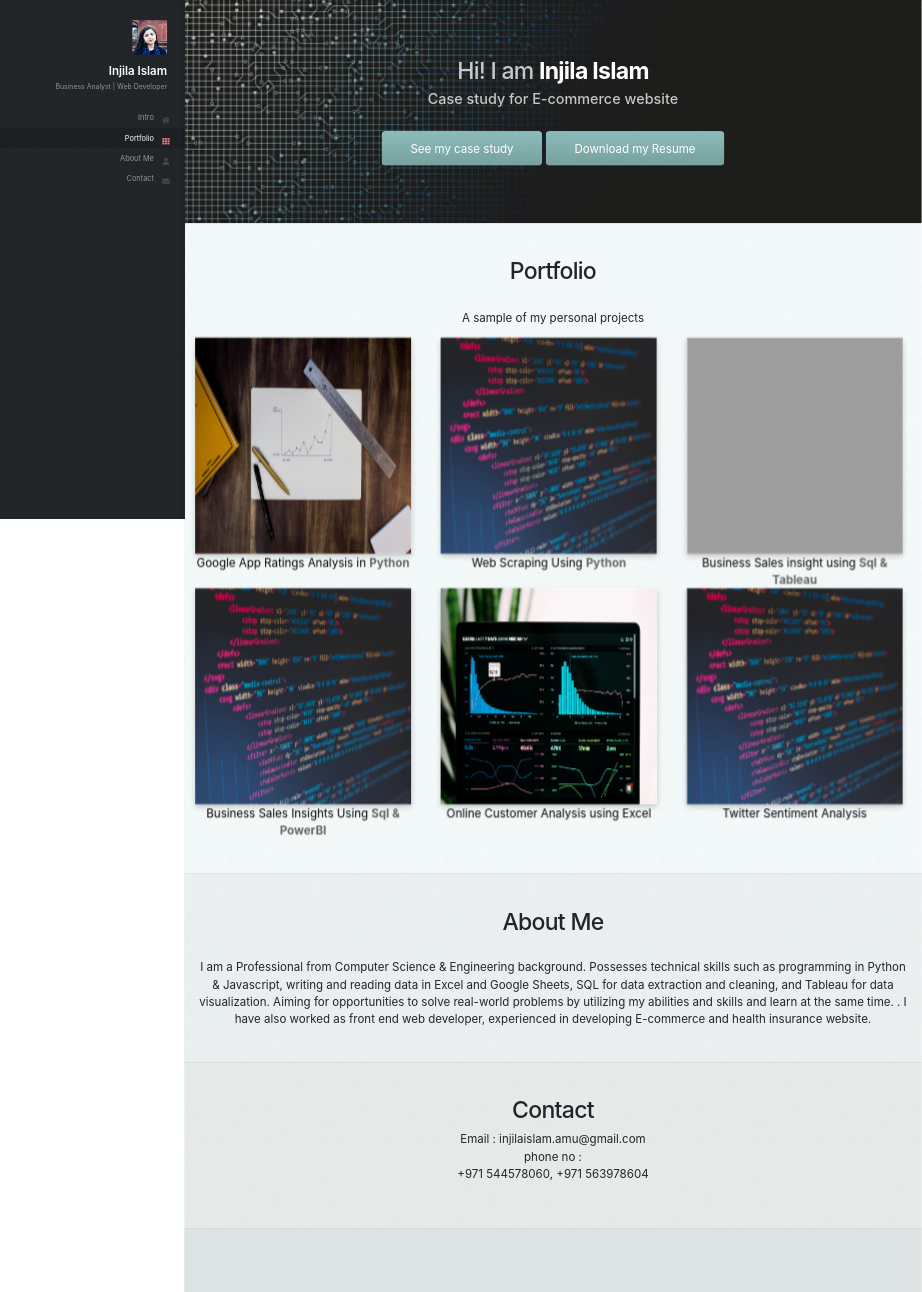
Repository: IslamInjila/new_portfolio
Page: index.html
The author's editor kept a copy of each file at every save. The page is drawn from the files as they stood at one save, then again after the next save.
The browser window is 1280 px wide. The pictures show the whole page, at 72% of full size.
Pictures or frames that could not be fetched are drawn as grey boxes. Some web libraries are served in a nearby version.

Above is the page before, as saved 2021-07-28 02:07:18.
Console error: TypeError: Cannot read properties of undefined (reading 'fn')

### index.html
<!DOCTYPE HTML>

<html>
	<head>
		<title>Prologue by HTML5 UP</title>
		<meta charset="utf-8" />
		<meta name="viewport" content="width=device-width, initial-scale=1, user-scalable=no" />
		<link rel="stylesheet" href="assets/css/main.css" />
	</head>
	<body class="is-preload">

		<!-- Header -->
			<div id="header">

				<div class="top">

					<!-- Logo -->
						<div id="logo">
							<span class="image avatar48"><img src="images/photome.jpg" alt="" /></span>
							<h1 id="title">Injila Islam</h1>
							<p>Business Analyst | Web Developer</p>
						</div>

					<!-- Nav -->
						<nav id="nav">
							<ul>
								<li><a href="#top" id="top-link"><span class="icon solid fa-home">Intro</span></a></li>
								<li><a href="#portfolio" id="portfolio-link"><span class="icon solid fa-th">Portfolio</span></a></li>
								<li><a href="#about" id="about-link"><span class="icon solid fa-user">About Me</span></a></li>


								<li><a href="#contact" id="contact-link"><span class="icon solid fa-envelope">Contact </span></a></li>

							</ul>

						</nav>

				</div>

				<div class="bottom">

					<!-- Social Icons -->
						<!-- <ul class="icons">
							<li><a href="#" class="icon brands fa-twitter"><span class="label">Twitter</span></a></li>
							<li><a href="#" class="icon brands fa-facebook-f"><span class="label">Facebook</span></a></li>
							<li><a href="#" class="icon brands fa-github"><span class="label">Github</span></a></li>
							<li><a href="#" class="icon brands fa-dribbble"><span class="label">Dribbble</span></a></li>
							<li><a href="#" class="icon solid fa-envelope"><span class="label">Email</span></a></li>
						</ul> -->

				</div>

			</div>

		<!-- Main -->
			<div id="main">

				<!-- Intro -->
					<section id="top" class="one dark cover">
						<div class="container">

							<header>
								<h2 class="alt">Hi! I am <strong>Injila Islam</strong>
								<h5>Case study for E-commerce website
							</header>

							<footer>
								<a href="#portfolio" class="button scrolly">See my case study</a>
								<object data="YourFile.pdf"  type="application/x-pdf" title="SamplePdf"  >
								<a href="images/resume.pdf" target="_blank" class="button scrolly">Download my Resume</a>
							</object>


							</footer>

						</div>
					</section>

				<!-- Portfolio -->
					<section id="portfolio" class="two">
						<div class="container">

							<header>
								<h2>Portfolio</h2>
							</header>

							<p>A sample of my personal projects</p>

							<div class="row">
								<div class="col-4 col-12-mobile">
									<!-- <article class="item ">
										<a href="#" class="image fit"><img src="images/data1.jpg" alt="" /></a>
										<header>
											Weather Data Analysis
											<h5><input type="button" class="nine" width="100" height="132" onclick='window.open("https://github.com/IslamInjila/python");return false;'
												target="_blank" value="view"
												/></h5>
										</header> -->







	                    	<!-- NEW DATA -->
										<div class="flip-card">
											<div class="flip-card-inner">
											  <div class="flip-card-front">

												<img src="images/dataset.jpg" alt="Avatar" style="width:300px;height:300px;">
												<div class="text-block" style="font-size: medium;">
													Google App Ratings Analysis in <b>Python</b>
													</div>

											   </div>
											  <div class="flip-card-back">
												  <br>
												<p>GOOGLE APP RATINGS ANALYSIS IN Python<p>
												<p> Google App's rating, reviews, price  have been analysed against their respective categories using PANDAS & MATPLOT. Dataset has been cleaned and downloaded from Kaggle.</p>
												<p><input type="button" class="nine" width="100" height="132" onclick='window.open("https://github.com/IslamInjila/GoogleAppRatingAnalysis");return false;'
													target="_blank" value="view"
													/></p>
											  </div>
											</div>
										  </div>


									<!-- </article> -->
									<br><br>
									<div class="flip-card">
										<div class="flip-card-inner">
										  <div class="flip-card-front">

											<img src="images/data1.jpg" alt="Avatar" style="width:300px;height:300px;">
											<div class="text-block" style="font-size: medium;">
												Business Sales Insights Using <b>Sql & PowerBI</b>
												</div>

										   </div>
										  <div class="flip-card-back">
											  <br>
											  <p>BUSINESS SALES INSIGHT USING SQL & POWER BI <p>
												<p>This project aims to get sales insight of a hardware business setup in India to find the major KPI.
													<br> Database has been cleaned and KPI are represented using POWER BI dashboard.
												</p>
											<p><input type="button" class="nine" width="100" height="132" onclick='window.open("images/bi.html");return false;'
												target="_blank" value="view"
												/></p>
										  </div>
										</div>
									  </div>

								</div>
								<div class="col-4 col-12-mobile">
									<div class="flip-card">
										<div class="flip-card-inner">
										  <div class="flip-card-front">

											<img src="images/data1.jpg" alt="Avatar" style="width:300px;height:300px;">
											<div class="text-block" style="font-size: medium;">
												Web Scraping Using <b>Python</b>
												</div>

										   </div>
										  <div class="flip-card-back">
											  <br>
											<p>WEB SCRAPING  IN PYTHON<p>
											<p>In this project Google playstore app website has been scraped and stored in excel file using python</p>
											<p><input type="button" class="nine" width="100" height="132" onclick='window.open("https://github.com/IslamInjila/web_scraping");return false;'
												target="_blank" value="view"
												/></p>
										  </div>
										</div>
									  </div>
									  <br><br>
									<!-- <article class="item">
										<a href="#" class="image fit"><img src="images/d3.jpg" alt="" /></a>
										<header>
											<h5>Customer Analysis </h5>
											<input type="button" class="nine" width="100" height="132" onclick='window.open("images/ExcelData.htm");return false;'
												target="_blank" value="view"
												/>
										</header>
									</article> -->
									<div class="flip-card">
										<div class="flip-card-inner">
										  <div class="flip-card-front">

											<img src="images/d3.jpg" alt="Avatar" style="width:300px;height:300px;">
											<div class="text-block" style="font-size: medium;">
												Online Customer Analysis using Excel
												</div>

										   </div>
										  <div class="flip-card-back">
											  <br>
											<p>ONLINE CUSTOMER ANALYSIS USING EXCEL<p>
											<p>online Analysis of  customer has been done of e-commerce business using pivot tables and excel dashboard. </p>
											<p><input type="button" class="nine" width="100" height="132" onclick='window.open("images/ExcelData.htm");return false;'
												target="_blank" value="view"
												/></p>
										  </div>
										</div>
									  </div>
									  <br><br>

								</div>
								<div class="col-4 col-12-mobile">
									<div class="flip-card">
										<div class="flip-card-inner">
										  <div class="flip-card-front">

											<img src="images/black.jpg" alt="Avatar" style="width:300px;height:300px;">
											<div class="text-block" style="font-size: medium;">
												Business Sales insight using <b>Sql  & Tableau</b>
												</div>

										   </div>
										  <div class="flip-card-back">
											  <br>
											<p>BUSINESS SALES INSIGHT USING SQL & TABLEAU <p>
											<p>This project aims to get sales insight of a hardware business setup in India to find the major KPI.
												<br> Database is cleaned using SQL and KPI are represented using Tableau dashboard.
											</p>
											<p><input type="button" class="nine" width="100" height="132" onclick='window.open("images/salesInsight_bi.html");return false;'
												target="_blank" value="view"
												/></p>
										  </div>
										</div>
									  </div>
									<!-- <article class="item">
										<a href="#" class="image fit"><img src="images/pic07.jpg" alt="" /></a>
										<header>
											<h5>visuaise data66 </h5>
											<input type="button" class="nine" width="100" height="132" onclick='window.open("http://www.foracure.org.au");return false;'
												target="_blank" value="view"
												/>
										</header>
									</article> --><br>
									<br>
									<div class="flip-card">
										<div class="flip-card-inner">
										  <div class="flip-card-front">

											<img src="images/data1.jpg" alt="Avatar" style="width:300px;height:300px;">
											<div class="text-block" style="font-size: medium;">
												Twitter Sentiment Analysis
												</div>

										   </div>
										  <div class="flip-card-back">
											  <br>
											  This script can tell you the sentiments of people sgarding to any events happening in the world by analyzing tweets related to that event. It will search for tweets about any topic and analyze each tweet to see how positive or negative it's emotion is.
											</p>
											<p><input type="button" class="nine" width="100" height="132" onclick='window.open("https://github.com/injila14/Twiiter_sentiment_analysis");return false;'
												target="_blank" value="view"
												/></p>
										  </div>
										</div>
									  </div>
								</div>
							</div>

						</div>
					</section>

				<!-- About Me -->
					<section id="about" class="three">
						<div class="container">

							<header>
								<h2>About Me</h2>
							</header>

							<!-- <a href="#" class="image featured"><img src="images/profilePic.jpg" alt="" /></a> -->

							<!-- <p>I am a Professional from Computer Science & Engineering background.<br> -->
								I am a Professional from Computer Science & Engineering background. Possesses technical skills such as programming in Python & Javascript, writing and reading data in Excel and Google Sheets, SQL for data extraction and cleaning, and Tableau for data visualization. Aiming for opportunities to solve real-world problems by utilizing my abilities and skills and learn at the same time. .
								I have also worked as front end web developer, experienced in developing E-commerce and health insurance website.


						</div>
					</section>


				<!-- Contact -->
					<section id="contact" class="four">
						<div class="container">


								<h2>Contact</h2>

							<P> Email : injilaislam.amu@gmail.com
							<br>phone no : <br> +971 544578060, +971 563978604</p>





						</div>
					</section>

			</div>

		<!-- Footer -->
			<div id="footer">

				<!-- Copyright -->
					<!-- <ul class="copyright">
						<li>&copy; Untitled. All rights reserved.</li><li>Design: <a href="http://html5up.net">HTML5 UP</a></li>
					</ul> -->

			</div>

		<!-- Scripts -->


<!-- NEW DATA -->

		<link href="//maxcdn.bootstrapcdn.com/bootstrap/4.0.0/css/bootstrap.min.css" rel="stylesheet" id="bootstrap-css">
		<script src="//maxcdn.bootstrapcdn.com/bootstrap/4.0.0/js/bootstrap.min.js"></script>
		<script src="//cdnjs.cloudflare.com/ajax/libs/jquery/3.2.1/jquery.min.js"></script>
		<!------ Include the above in your HEAD tag ---------->

<script src="assets/js/jquery.scrolly.min.js"></script>
			<script src="assets/js/jquery.scrollex.min.js"></script>
			<script src="assets/js/browser.min.js"></script>
			<script src="assets/js/breakpoints.min.js"></script>
			<script src="assets/js/util.js"></script>
			<script src="assets/js/main.js"></script>

	</body>
</html>

Loaded but not shown: assets/css/fontawesome-all.min.css (library); assets/js/jquery.scrolly.min.js (common file); assets/js/jquery.scrollex.min.js (common file); assets/js/browser.min.js (common file); assets/js/breakpoints.min.js (common file); assets/js/util.js (587 lines, source omitted); assets/js/main.js (123 lines, source omitted); assets/css/main.css (2832 lines, source omitted)

After the next save:
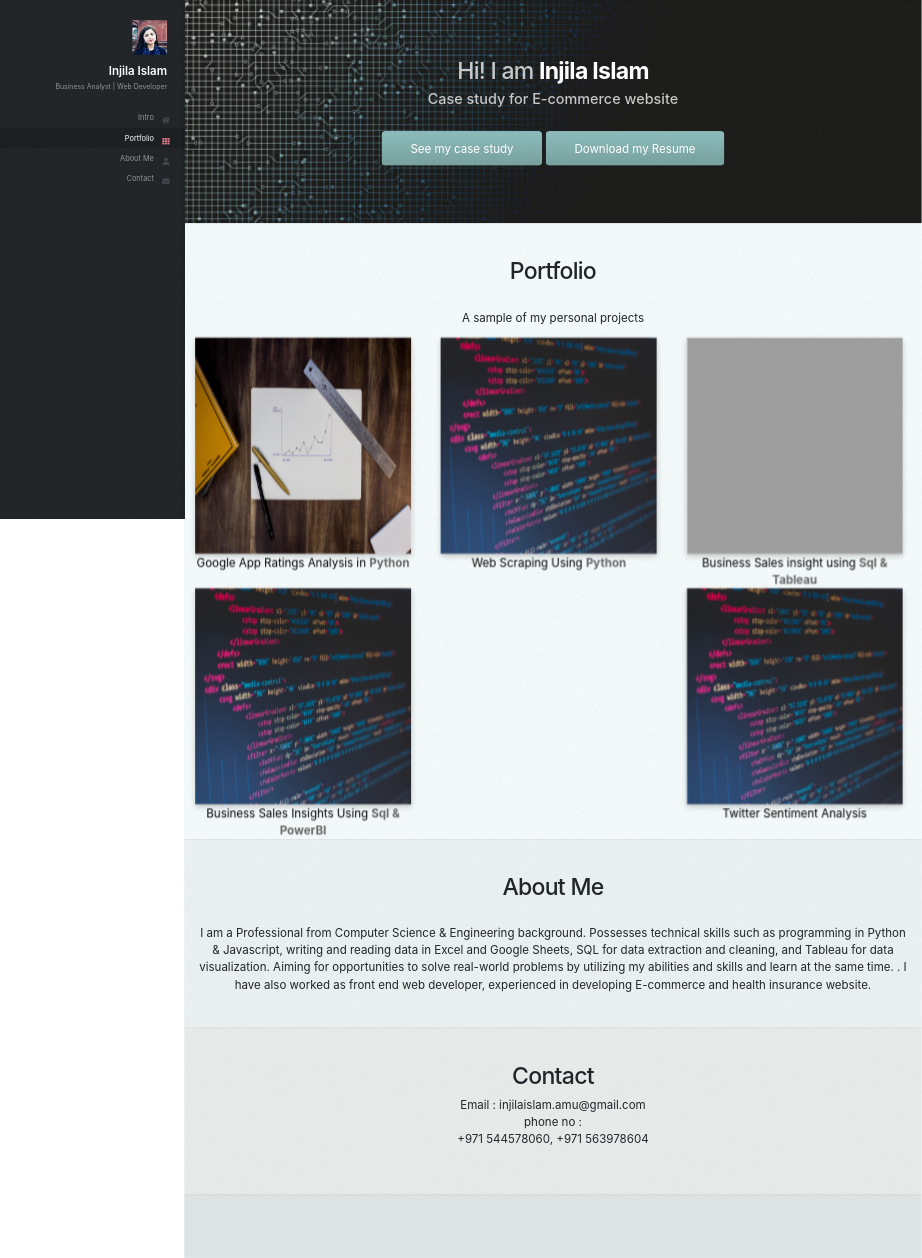
Saved 13 h 16 min later.
--- a/index.html
+++ b/index.html
@@ -183,7 +183,7 @@
 												/>
 										</header>
 									</article> -->
-									<div class="flip-card">
+									<!-- <div class="flip-card">
 										<div class="flip-card-inner">
 										  <div class="flip-card-front">
 
@@ -202,7 +202,7 @@
 												/></p>
 										  </div>
 										</div>
-									  </div>
+									  </div> -->
 									  <br><br>
 
 								</div>
